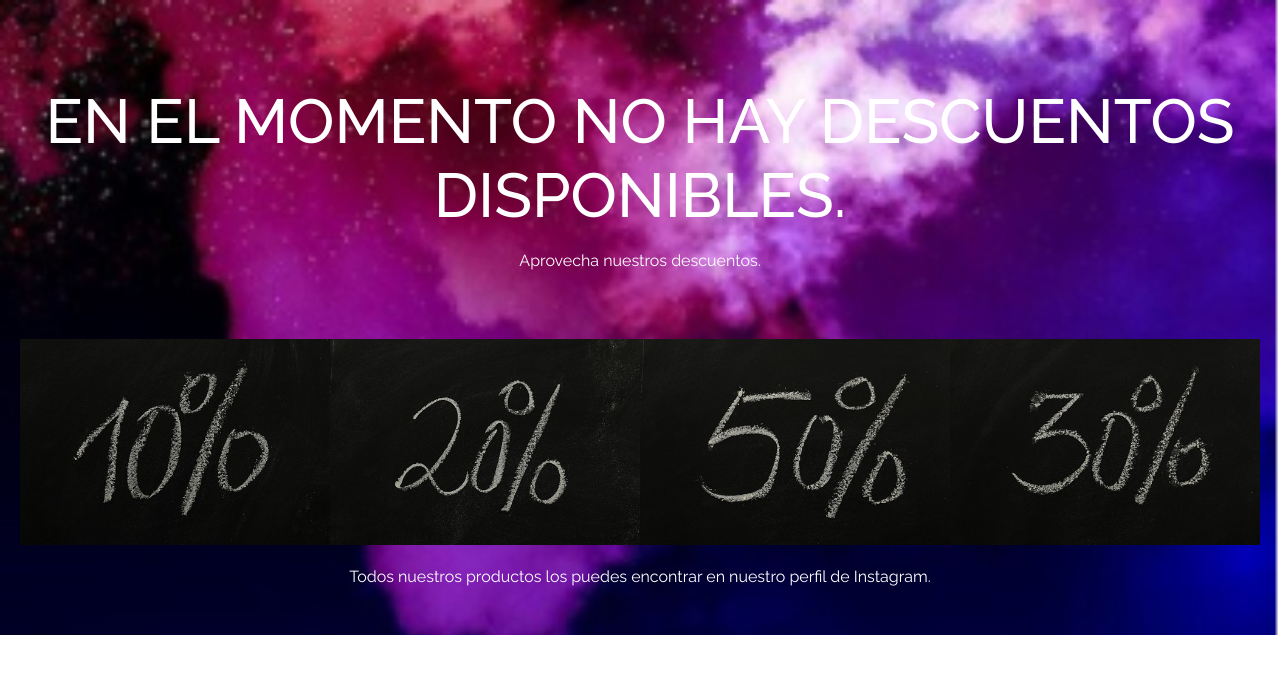
Repository: MrOverfl0w/CreacionesYura
Page: public/html/promos.html
The author's editor kept a record of every edit. The page is drawn from the files as they stood at one moment, then again after the next edit.
The browser window is 1280 px wide. The pictures show the whole page.

Above is the page before.
Console error: TypeError: $(...).superfish is not a function

After the next edit:
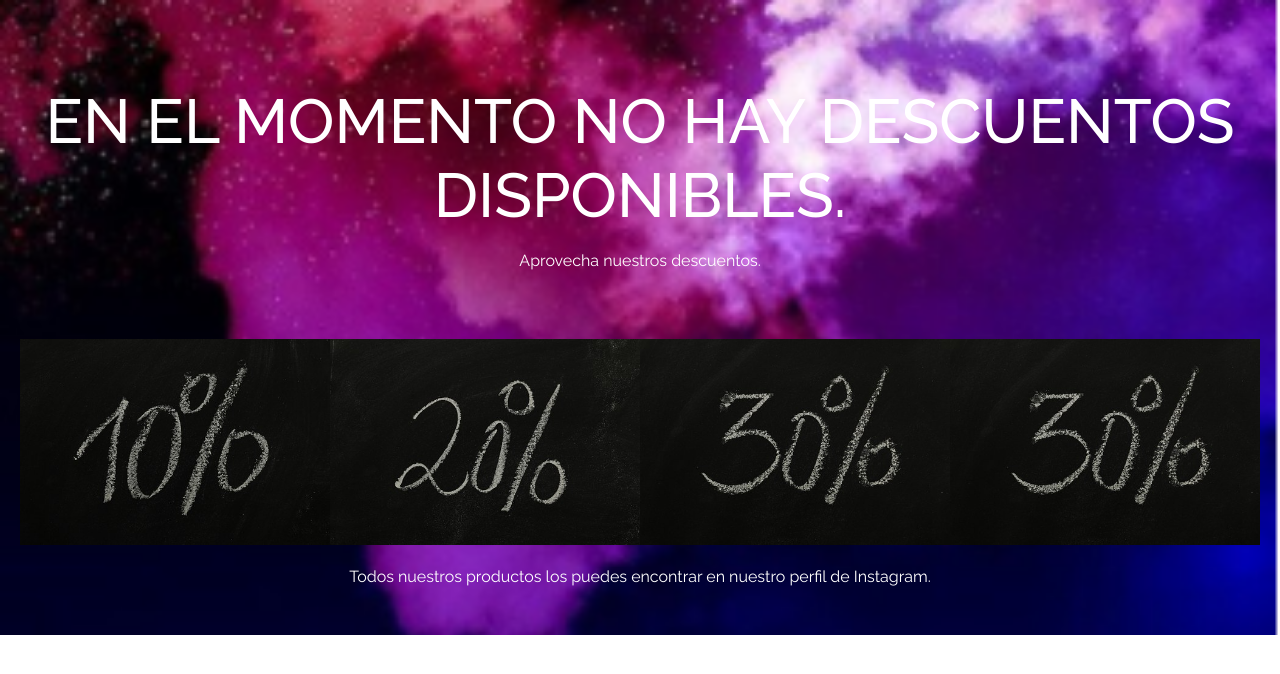
The edit:
--- a/public/html/promos.html
+++ b/public/html/promos.html
@@ -67,7 +67,7 @@
 
         <div class="col-lg-3 col-sm-6 col-xs-12">
           <div class="card card-block">
-            <a href="#"><img alt="" src="img/d/d3.jpg">
+            <a href="#"><img alt="" src="img/d/d4.jpg">
               </a>
           </div>
         </div>
